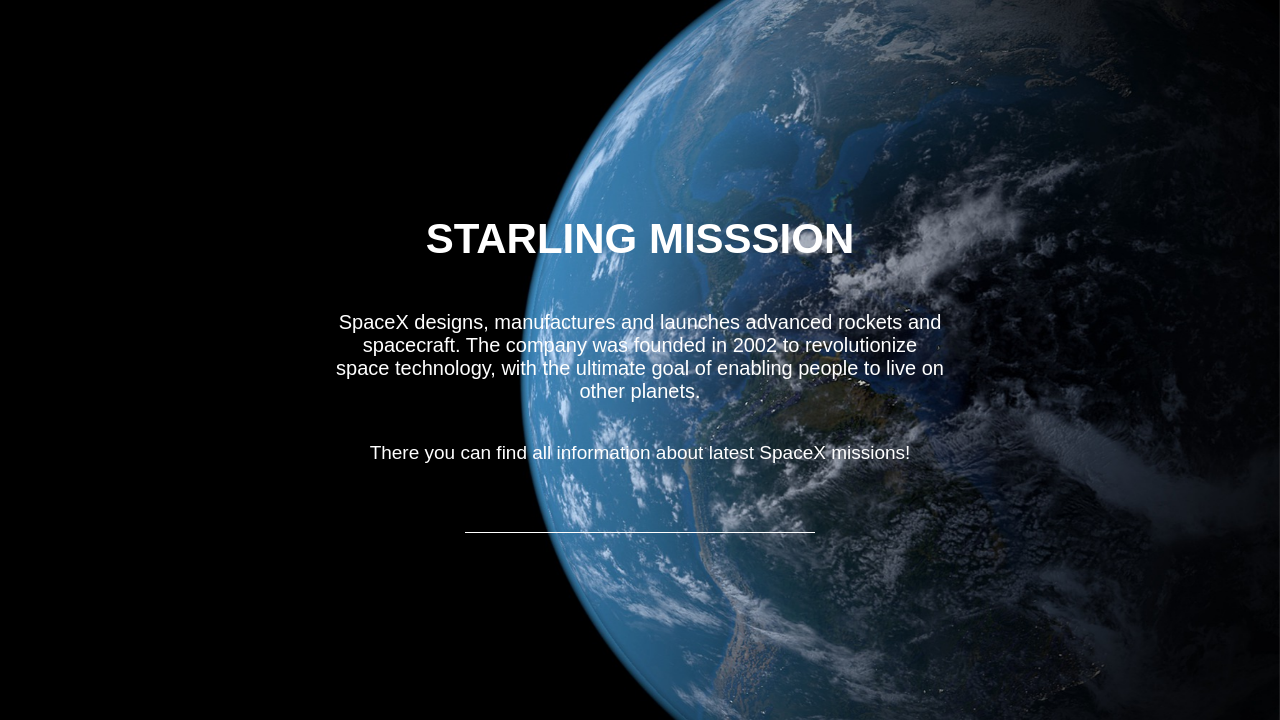
Repository: PJasiczek/vue-shop
Page: /#/about
An editor plug-in stored every save of this project. The page is shown before and after the next save, followed by the edit.
The browser window is 1280 px wide. The pictures show the whole page.
Some web fonts or font styles are not loaded; a fallback is used. The project was rebuilt for these pictures with package versions that can differ from the ones it lists, and the page was loaded fresh each time.

Above is the page before, as saved 2020-04-06 17:36:51.

After the next save:
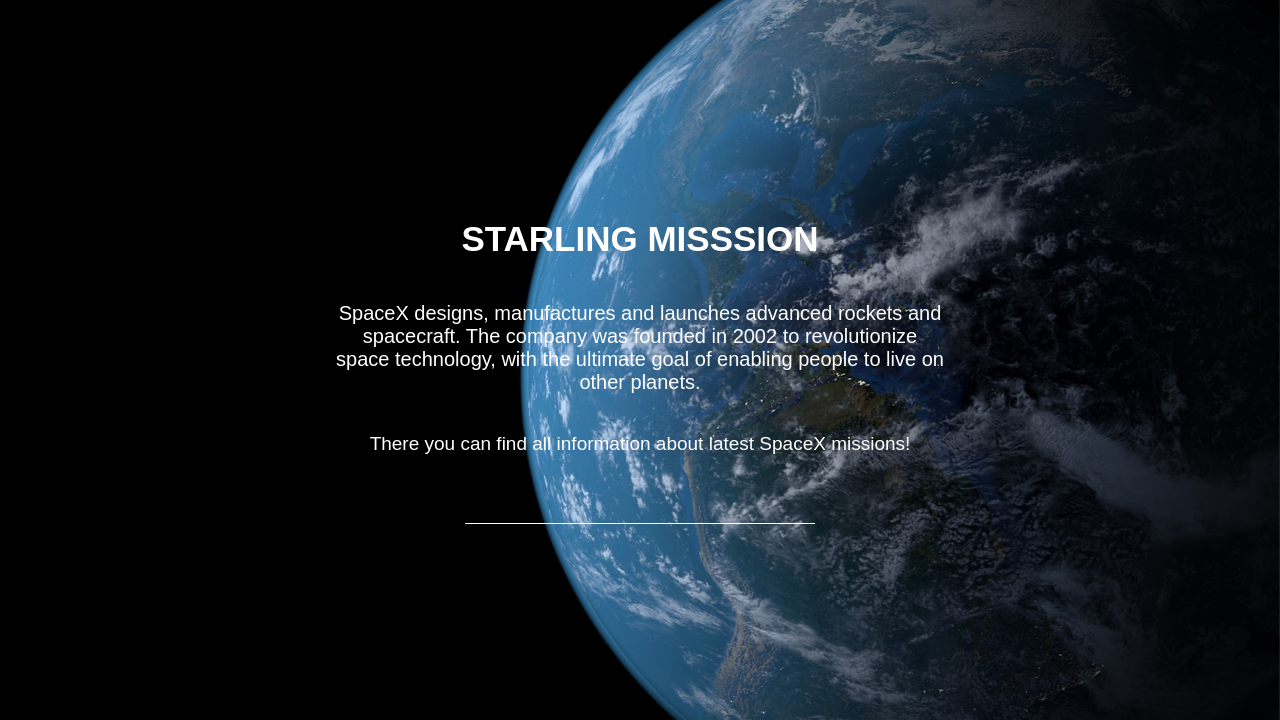
Saved 4 s later.
--- a/src/components/Claim.vue
+++ b/src/components/Claim.vue
@@ -23,7 +23,7 @@
     text-align: center;
 
     .claim{
-        font-size: 42px;
+        font-size: 35px;
     }
 
     .subclaim:first-of-type{
